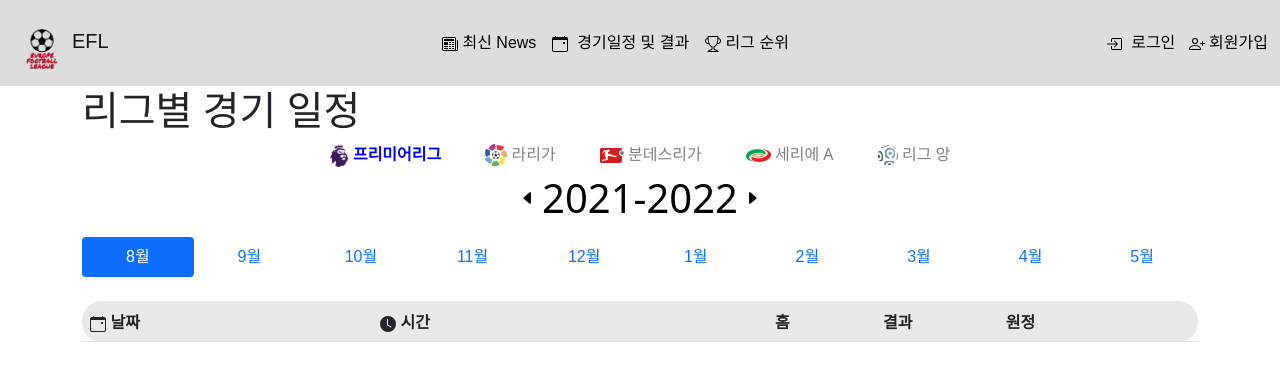
Repository: kylekimkim/uefa_project
Page: http://localhost/match/2122/list
The author's editor kept a copy of each file at every save. The page is drawn from the files as they stood at one save, then again after the next save.
The browser window is 1280 px wide. The pictures show the whole page.
Some web fonts or font styles are not loaded; a fallback is used. The page is this project's Thymeleaf template; nobody is signed in. The template is opened directly, without the code that normally fills it, so the values that code supplies are empty.

Above is the page before, as saved 2022-07-22 08:05:13.

After the next save:
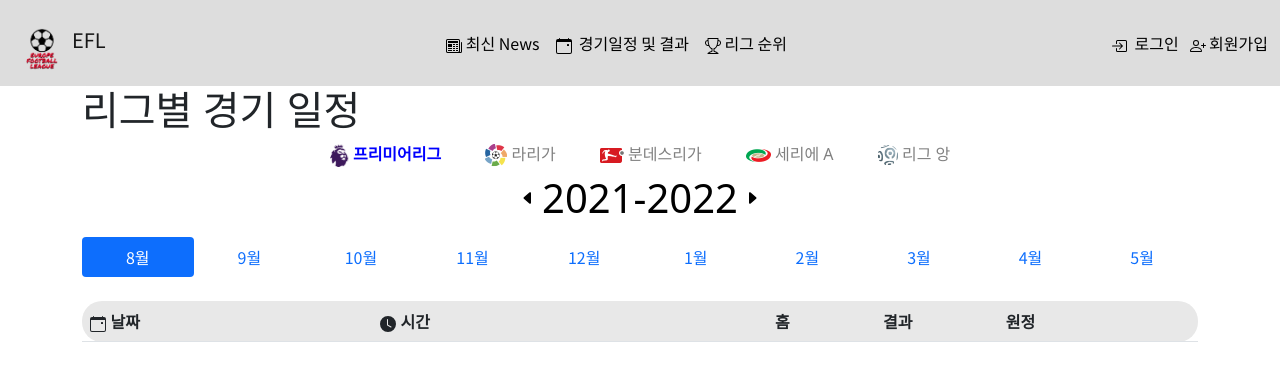
Saved 107 s later.
--- a/uefa_project/src/main/resources/templates/header_nav.html
+++ b/uefa_project/src/main/resources/templates/header_nav.html
@@ -5,8 +5,8 @@
 		<script src="https://cdn.jsdelivr.net/npm/bootstrap@5.1.3/dist/js/bootstrap.bundle.min.js" integrity="sha384-ka7Sk0Gln4gmtz2MlQnikT1wXgYsOg+OMhuP+IlRH9sENBO0LRn5q+8nbTov4+1p" crossorigin="anonymous"></script>
 	</head>
 	<style>
-	@import url('https://fonts.googleapis.com/css2?family=Jua&display=swap');
 	@import url('https://fonts.googleapis.com/css2?family=Do+Hyeon&display=swap');
+	@import url('https://fonts.googleapis.com/css2?family=Noto+Sans+KR:wght@500&display=swap');
 	table{
 			background-color:rgb(232, 232, 232);
 			border-radius:20px;
@@ -23,7 +23,7 @@
 		font-size:large;
 	}
 	nav{
-		font-family: 'Do Hyeon', sans-serif;
+		font-family: 'Noto Sans KR', sans-serif;
 	}
 	</style>
 	<body>
